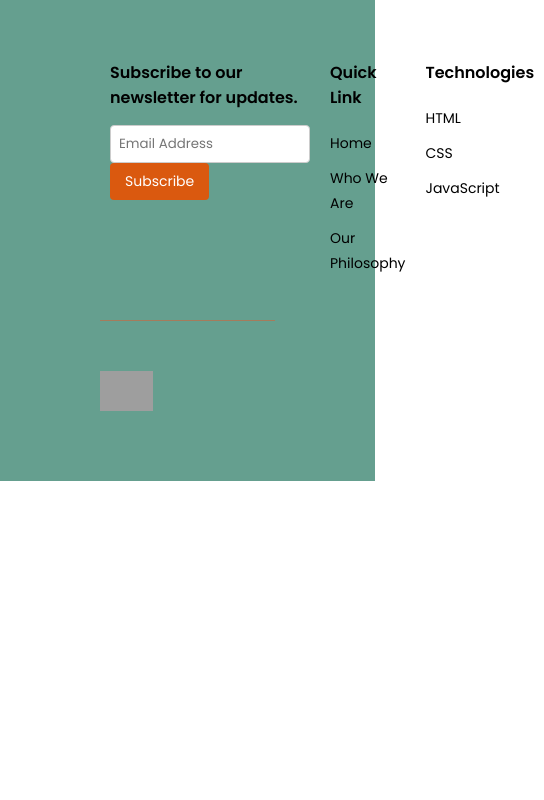
Repository: andajonas/Module_08_ANDJON25111_fto2502_A2_Anda-Jonas_SDF04
Page: index.html
An editor plug-in stored every save of this project. The page is shown before and after a run of saves, followed by the edit.
The browser window is 375 px wide. The page is 544 px wide, then 375 px, so the pictures cover 544 px, including what lies to the right of the window. The pictures show the whole page.
Pictures or frames that could not be fetched are drawn as grey boxes.

Above is the page before, as saved 2025-03-21 10:05:46.

After the next 3 saves:
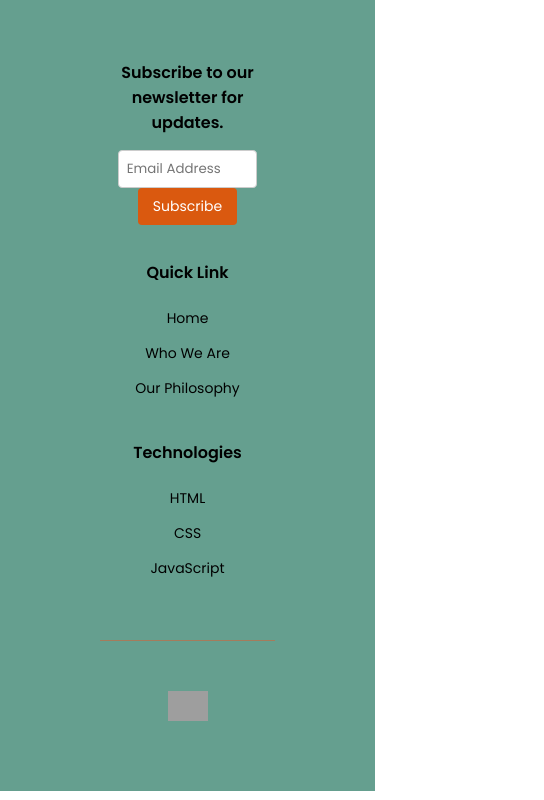
The 3 saves are shown as one change because they came seconds apart.
The last was saved 2 min 1 s later.
--- a/styles.css
+++ b/styles.css
@@ -82,3 +82,53 @@ footer .container {
     display: block;
 
 }
+
+/* Default layout (for larger screens like desktops) */
+.row {
+    display: flex;
+    justify-content: space-between;
+    align-items: flex-start;
+}
+
+/* Responsive for iPad (Width: 768px) */
+@media screen and (max-width: 768px) {
+    .row {
+        flex-direction: column; /* Stack columns vertically */
+        align-items: center; /* Center items */
+        text-align: center; /* Align text */
+    }
+
+    .footer-col {
+        margin-bottom: 20px; /* Add spacing between sections */
+    }
+
+    .footer-logo {
+        justify-content: center; /* Keep the logo centered */
+    }
+}
+
+/* Responsive for iPhone (Width: 375px) */
+@media screen and (max-width: 375px) {
+    .row {
+        flex-direction: column; /* Stack items vertically */
+        align-items: center; /* Center content */
+        text-align: center;
+    }
+
+    .footer-col {
+        width: 100%; /* Make columns take full width */
+        margin-bottom: 15px;
+    }
+
+    .footer-col input {
+        width: 90%; /* Adjust input width */
+    }
+
+    .footer-logo {
+        justify-content: center; /* Keep the logo centered */
+    }
+
+    .footer-logo img {
+        height: 30px; /* Reduce logo size for small screens */
+    }
+}
